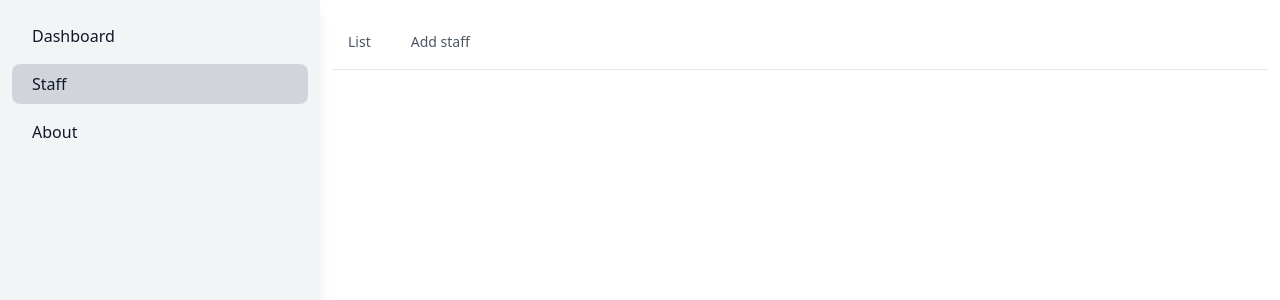
Repository: daohuyhoang9119/React-Router-6.4--Practice
Page: /staff
An editor plug-in stored every save of this project. The page is shown before and after the next save, followed by the edit.
The browser window is 1280 px wide. The pictures show the whole page.
The project was rebuilt for these pictures with package versions that can differ from the ones it lists, and the page was loaded fresh each time. Also part of the build but not shown: src/components/AddStaff/AddStaff.tsx, src/components/StaffList/StaffList.tsx, src/pages/404/Page404.tsx, src/pages/About/About.tsx, src/pages/Dashboard/Dashboard.tsx, src/components/StaffItem/StaffItem.tsx.

Above is the page before, as saved 2022-11-07 23:37:52.

After the next save:
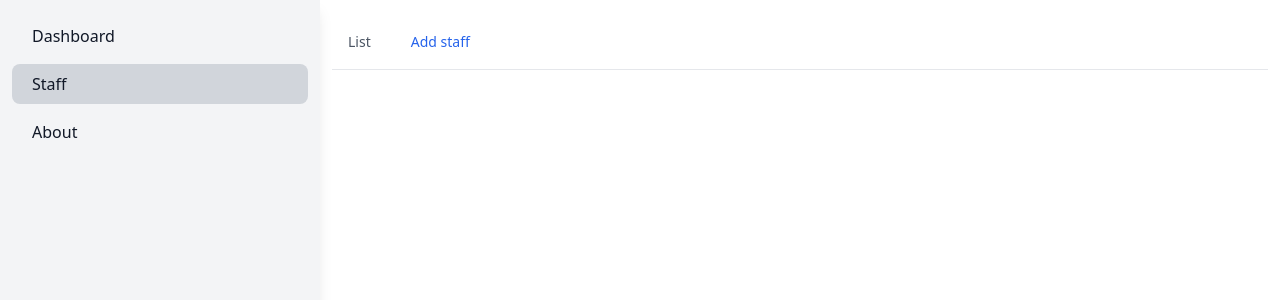
Saved 58 s later.
--- a/src/pages/Staff/Staff.tsx
+++ b/src/pages/Staff/Staff.tsx
@@ -22,7 +22,7 @@
             <NavLink
               to='/staff/add'
               className={(isActive) => {
-                const activeColor = 'border-gray-300 text-gray-600'
+                const activeColor = 'border-blue-600 text-blue-600'
                 const activeted = isActive ? activeColor : ''
                 return `inline-block rounded-t-lg border-b-2 ${activeted} border-transparent p-4 hover:border-blue-600 hover:text-blue-600`
               }}

After the save that followed:
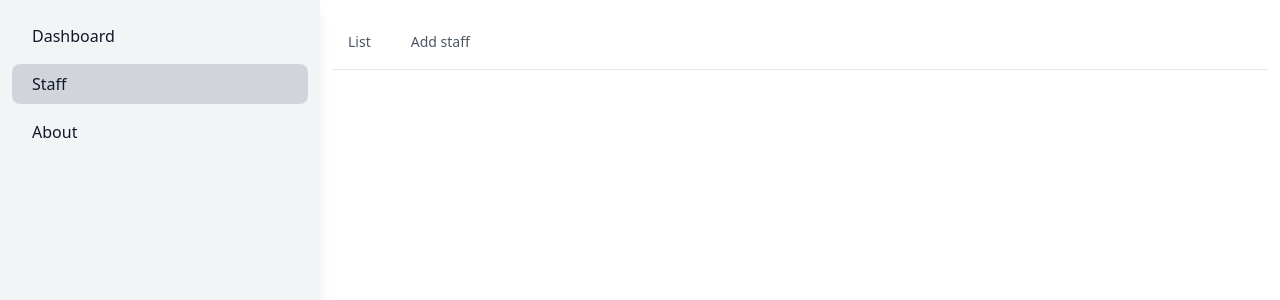
Saved 18 s later.
--- a/src/pages/Staff/Staff.tsx
+++ b/src/pages/Staff/Staff.tsx
@@ -22,7 +22,7 @@
             <NavLink
               to='/staff/add'
               className={(isActive) => {
-                const activeColor = 'border-blue-600 text-blue-600'
+                const activeColor = 'border-gray-300 text-gray-600'
                 const activeted = isActive ? activeColor : ''
                 return `inline-block rounded-t-lg border-b-2 ${activeted} border-transparent p-4 hover:border-blue-600 hover:text-blue-600`
               }}
